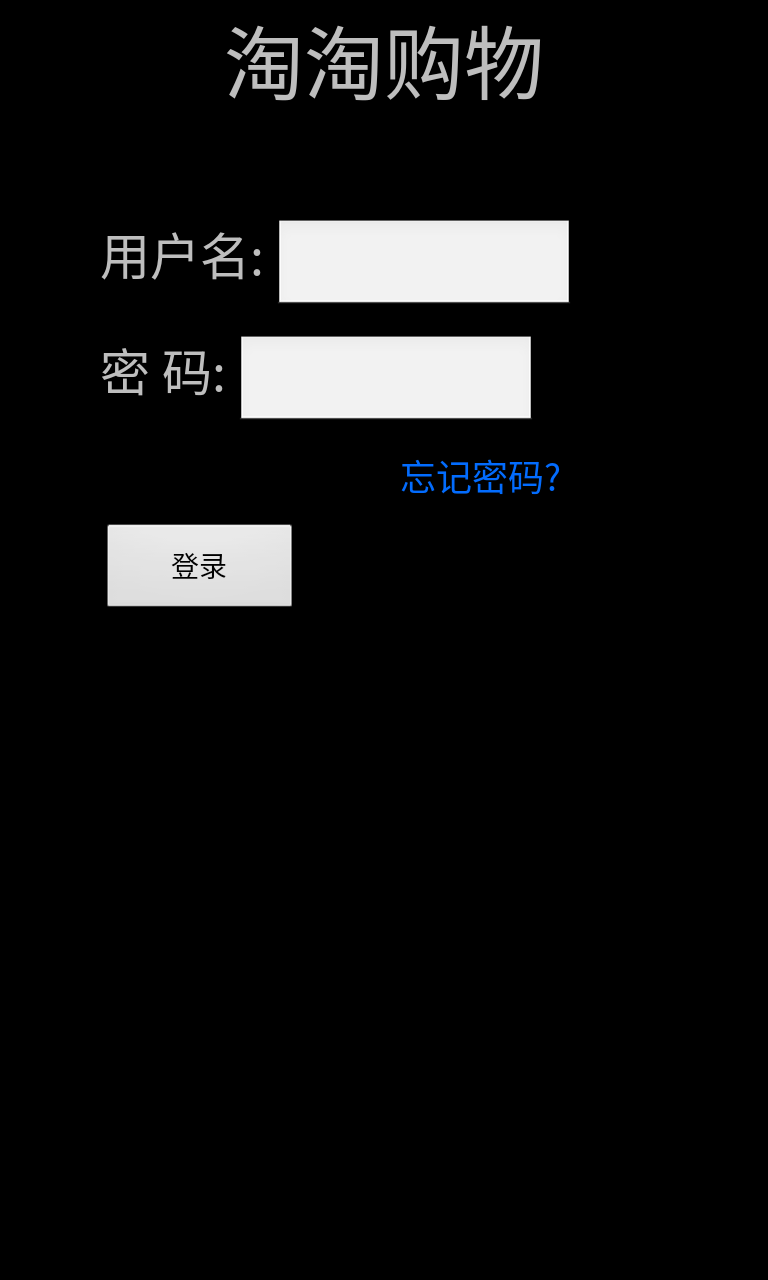
Repository: jcyfkimi/Android-TaoTao
Layout: TaoTao/res/layout/login.xml
An editor plug-in stored every save of this project. The layout is shown before and after the next save, followed by the edit.
It is drawn on a 768 x 1280 px phone screen (xhdpi) without system bars, with theme android:Theme; the app's code is not run.

Above is the layout before, as saved 2011-09-13 06:34:43.

### TaoTao/res/layout/login.xml
<?xml version="1.0" encoding="utf-8"?>
<LinearLayout xmlns:android="http://schemas.android.com/apk/res/android"
    android:orientation="vertical"
    android:layout_width="fill_parent"
    android:layout_height="fill_parent"
    >
    <TextView android:layout_width="wrap_content"
    	android:layout_height="wrap_content"
    	android:text="@string/indexhead"
    	android:textSize="40dip"
    	android:layout_gravity="center_horizontal"/>
	<LinearLayout xmlns:android="http://schemas.android.com/apk/res/android"
	    android:orientation="horizontal"
	    android:layout_width="wrap_content"
	    android:layout_height="wrap_content"
	    >
	    <TextView android:layout_width="wrap_content"
	    	android:layout_height="wrap_content"
	    	android:layout_marginLeft="50dip"
	    	android:layout_marginTop="50dip"
	    	android:text="@string/logintext"
	    	android:textSize="25dip"/>
	    <EditText android:id="@+id/uname"
	    	android:layout_width="150dip"
	    	android:layout_height="wrap_content"
	    	android:layout_marginTop="50dip"
	    	android:layout_marginLeft="5dip"
	    	/>
	    </LinearLayout>

	<LinearLayout xmlns:android="http://schemas.android.com/apk/res/android"
	    android:orientation="horizontal"
	    android:layout_width="wrap_content"
	    android:layout_height="wrap_content"
	    >
	    <TextView android:layout_width="wrap_content"
	    	android:layout_height="wrap_content"
	    	android:layout_marginLeft="50dip"
	    	android:layout_marginTop="10dip"
	    	android:text="@string/passtext"
	    	android:textSize="25dip"/>
	    <EditText android:id="@+id/upass"
	    	android:layout_width="150dip"
	    	android:layout_height="wrap_content"
	    	android:layout_marginTop="10dip"
	    	android:layout_marginLeft="5dip"
	    	/>
	    </LinearLayout>

	<LinearLayout xmlns:android="http://schemas.android.com/apk/res/android"
	    android:orientation="horizontal"
	    android:layout_width="fill_parent"
	    android:layout_height="wrap_content"
	    >
	    <TextView android:layout_width="wrap_content"
	    	android:layout_height="wrap_content"
			android:layout_marginLeft="200dip"
	    	android:layout_marginTop="10dip"
	    	android:text="@string/forgetpass"
	    	android:textSize="18dip"
	    	android:textColor="#036CFE"
	    	/>
	    </LinearLayout>

	<LinearLayout xmlns:android="http://schemas.android.com/apk/res/android"
	    android:orientation="horizontal"
	    android:layout_width="wrap_content"
	    android:layout_height="wrap_content"
	    android:layout_marginTop="10dip"
	    android:layout_marginLeft="50dip"
	    >
	    <Button android:id="@+id/btnlogin"
	    	android:layout_width="100dip"
	    	android:layout_height="wrap_content"
	    	android:text="@string/btnlogin"
	    	/>
	    </LinearLayout>
</LinearLayout>

### TaoTao/res/values/strings.xml
<?xml version="1.0" encoding="utf-8"?>
<resources>
    <string name="hello">Hello World, LoginActivity!</string>
    <string name="app_name">TaoTao</string>
    <string name="logintext">用户名:</string>
    <string name="passtext">密    码:</string>
    <string name="forgetpass">忘记密码?</string>
    <string name="btnlogin">登录</string>
    <string name="btnreg">注册</string>
    <string name="indexhead">淘淘购物</string>
</resources>

After the next save:
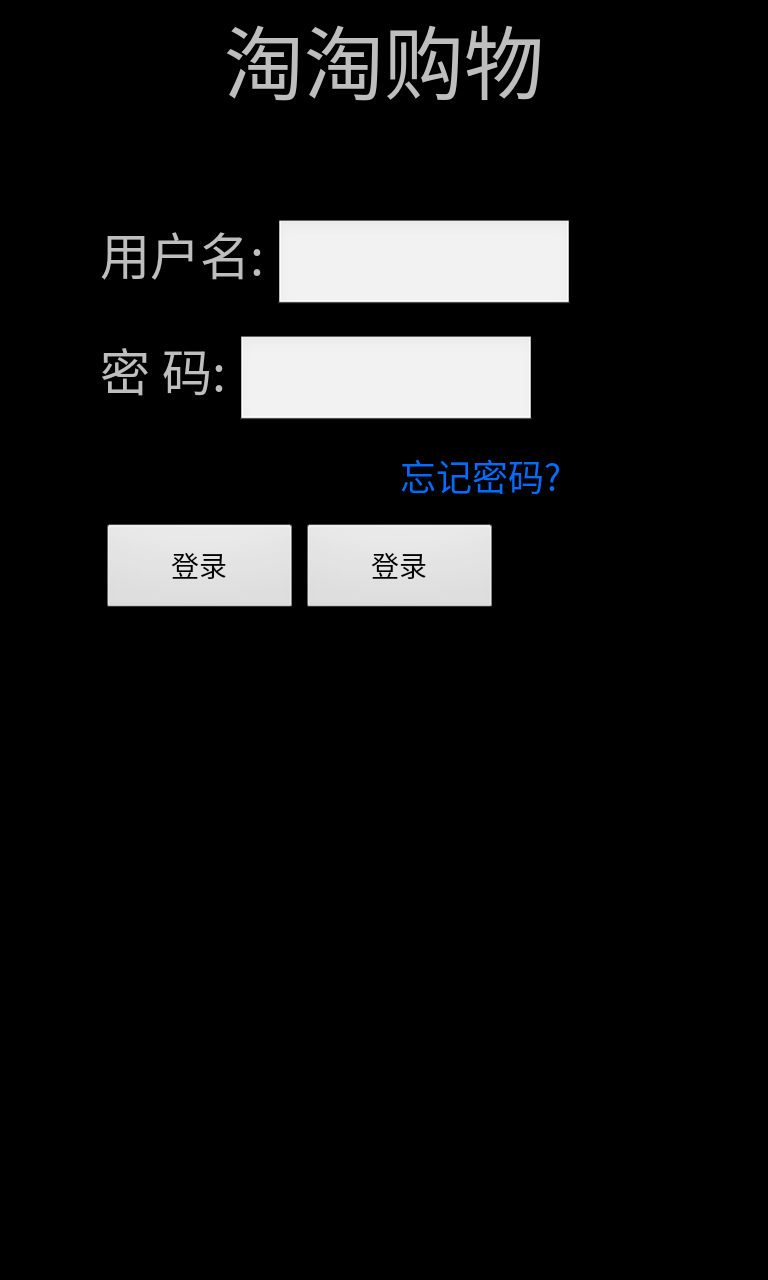
Saved 7 s later.
--- a/TaoTao/res/layout/login.xml
+++ b/TaoTao/res/layout/login.xml
@@ -74,5 +74,10 @@
 	    	android:layout_height="wrap_content"
 	    	android:text="@string/btnlogin"
 	    	/>
+	    <Button android:id="@+id/btnlogin"
+	    	android:layout_width="100dip"
+	    	android:layout_height="wrap_content"
+	    	android:text="@string/btnlogin"
+	    	/>
 	    </LinearLayout>
 </LinearLayout>
